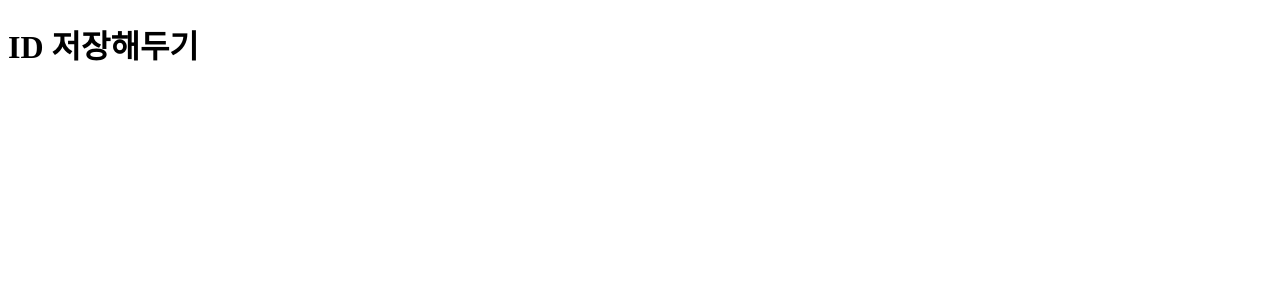
Repository: pro-hk/jsp
Page: http://localhost/chap05/id_save.jsp
The author's editor kept a copy of each file at every save. The page is drawn from the files as they stood at one save, then again after the next save.
The browser window is 1280 px wide. The pictures show the whole page.
The page is served by Tomcat 9.

Above is the page before, as saved 2022-01-25 02:35:23.

After the next save:
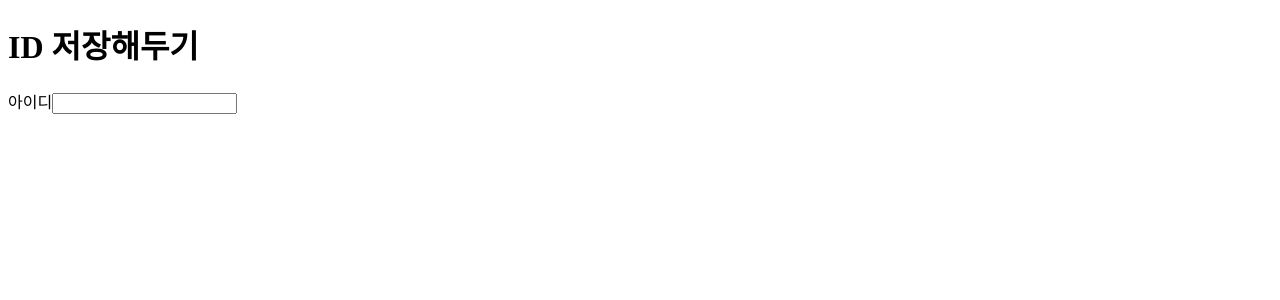
Saved 49 s later.
--- a/chap05/src/main/webapp/id_save.jsp
+++ b/chap05/src/main/webapp/id_save.jsp
@@ -9,7 +9,9 @@
 <body>
 	<h1>ID 저장해두기</h1>
 	<form action="id_save_process.jsp" method="post">
-
+		<div>
+			<label><span>아이디</span><input type="text" name="user_id"></label>
+		</div>
 	</form>
 </body>
 </html>
